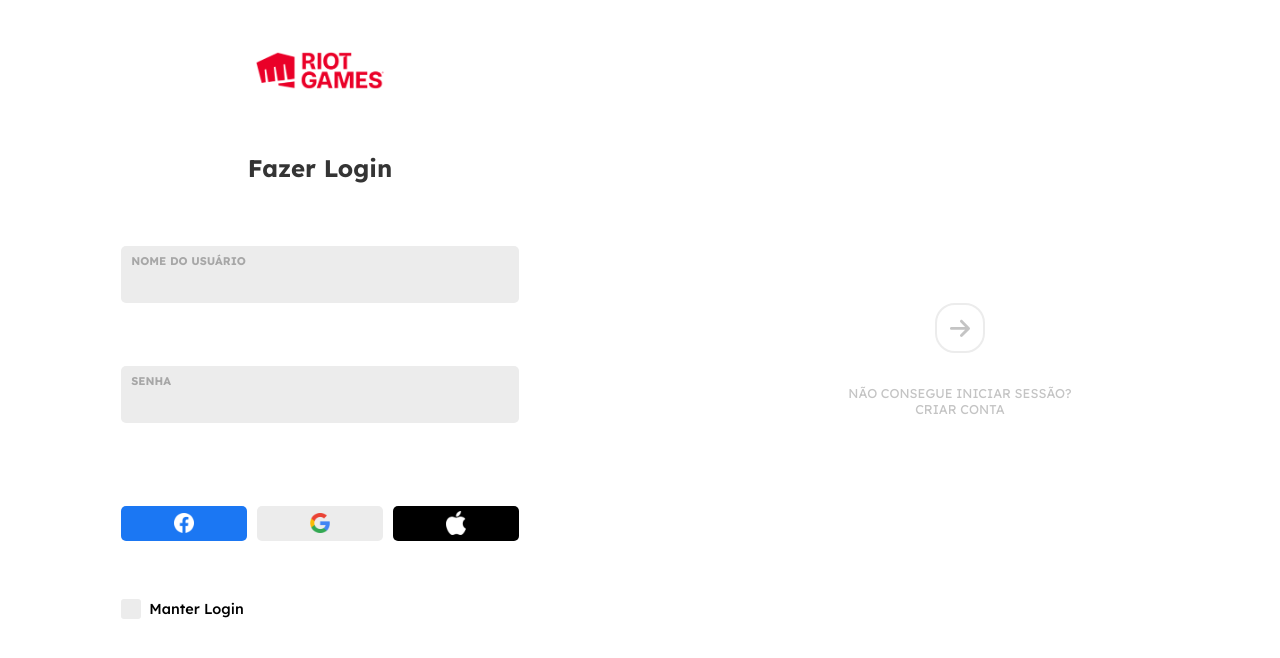
Repository: guilhermecardoso93/lolpage
Page: index.html
An editor plug-in stored every save of this project. The page is shown before and after the next save, followed by the edit.
The browser window is 1280 px wide. The pictures show the whole page.

Above is the page before, as saved 2022-06-11 22:16:04.

After the next save:
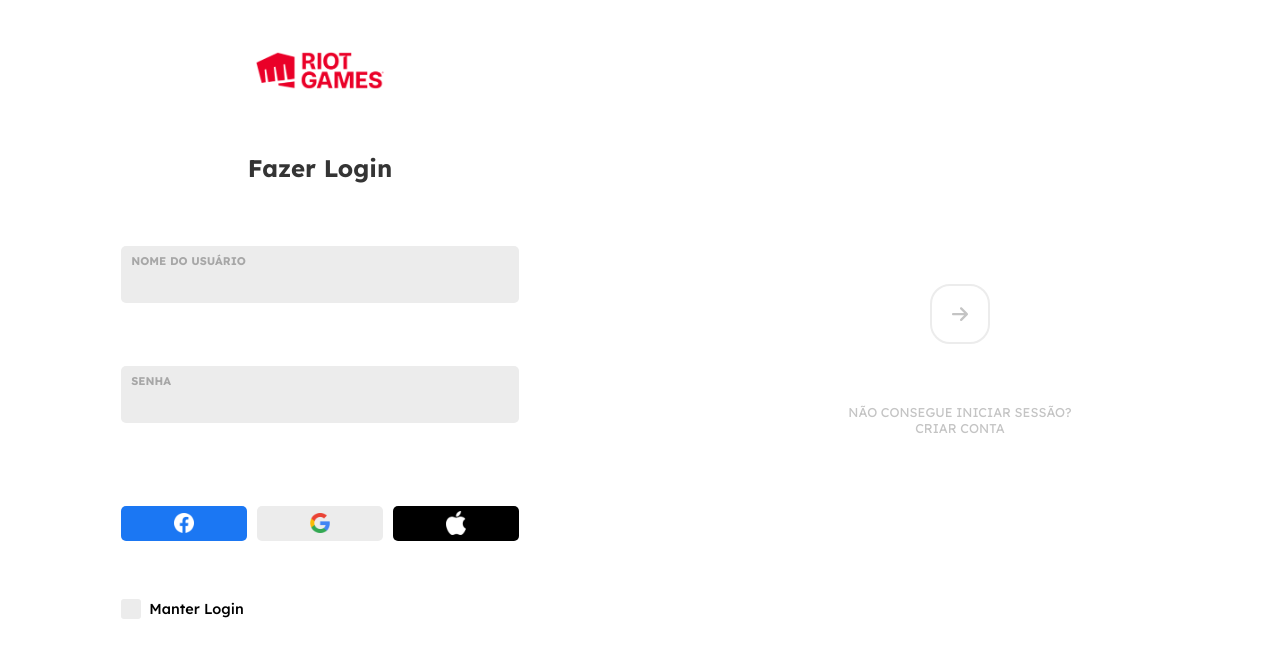
Saved 73 s later.
--- a/style.css
+++ b/style.css
@@ -41,6 +41,7 @@
   align-items: center;
   justify-content: center;
 }
+
 .login_logo {
   width: 130px;
   margin-bottom: 20px;
@@ -64,7 +65,7 @@
   border: 2px solid rgba(0, 0, 0, 0);
   border-radius: 5px;
   outline: none;
-  font-size: 0.9rem;
+  font-size: 0.9em;
   padding: 25px 10px 10px;
   font-weight: 600;
   color: var(--deep-grey);
@@ -163,16 +164,17 @@
 }
 
 .login__button {
-  width: 50px;
-  height: 50px;
+  width: 60px;
+  height: 60px;
+  padding: 20px;
   display: flex;
   align-items: center;
   justify-content: center;
   background-color: var(--red);
+  border-radius: 20px;
   border: none;
   cursor: pointer;
-  border-radius: 20px;
-  margin-bottom: 2rem;
+  margin-bottom: 60px;
 }
 
 .login__button svg {
